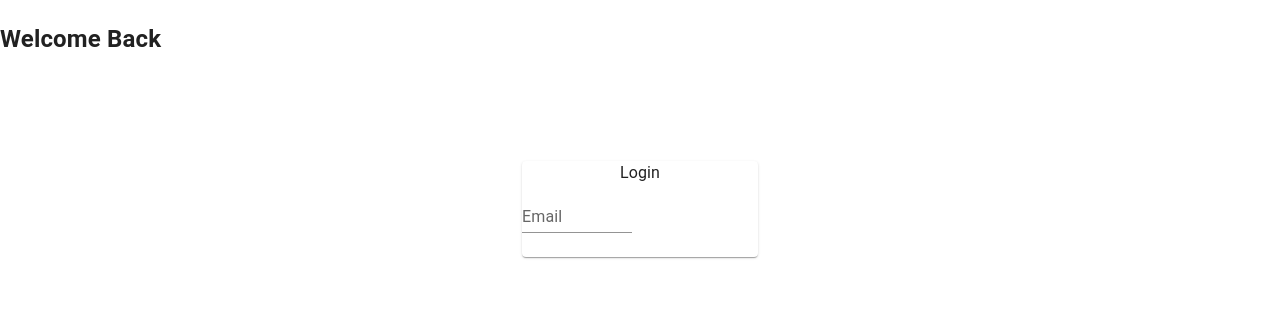
Repository: NGHIAVN1/Note
Page: /
The author's editor kept a copy of each file at every save. The page is drawn from the files as they stood at one save, then again after a run of saves.
The browser window is 1280 px wide. The pictures show the whole page.
The project was rebuilt for these pictures with package versions that can differ from the ones it lists, and the page was loaded fresh each time. Also part of the build but not shown: vite.config.js, src/Register.jsx, src/Pet.jsx, src/useBreedList.jsx, src/SearchParams.jsx.

Above is the page before, as saved 2024-03-05 18:31:48.

### src/index.html
<!DOCTYPE html>
<html lang="en">

<head>
  <meta charset="UTF-8">
  <meta name="viewport" content="width=device-width, initial-scale=1.0">
  <meta http-equiv="X-UA-Compatible" content="ie=edge">
  <title>Adopt Me</title>
</head>

<body>
  <div id="root">not rendered</div>
  <script type="module" src="./App.jsx">
    // Your code is going to go here

  </script>
</body>

</html>

### src/App.jsx
import React from "react";
import "./Register";
import "./LoginPages";
import "./SearchParams";
import { createRoot } from "react-dom/client";
import SearchParams from "./SearchParams";
import RegisterUser from "./Register";
import LoginPage from "./LoginPages";

const App = () => {
  return (
    <div>
      <h1></h1>
      <h2>Welcome Back</h2>
      <LoginPage />
    </div>
  );
};

const container = document.getElementById("root");
const root = createRoot(container);
root.render(React.createElement(App));

### src/LoginPages.jsx
import {
  CardContent,
  CardHeader,
  CssBaseline,
  TextField,
  Typography,
} from "@mui/material";
import Container from "@mui/material/Container";
import Card from "@mui/material/Card";
import { dark } from "@mui/material/styles/createPalette";
import Box from "@mui/material/Box";

import Grid from "@mui/material/Grid";
// const defaultTheme = createTheme();
const LoginPage = () => {
  return (
    <div>
      <Container component="main" maxWidth="xs">
        <CssBaseline />
        <Box
          sx={{
            marginTop: 8,
            display: "flex",
            flexDirection: "column",
            alignItems: "center",
          }}
        >
          <Card
            sx={{
              marginTop: 5,
              display: "flex",
              flexDirection: "column",
              alignItems: "center",
            }}
          >
            <Typography sx={{ frontSize: 14 }} color={dark}>
              Login
            </Typography>

            <CardContent>
              <Grid container spacing={2}>
                <Grid xs={12} sm={6}>
                  <TextField variant="standard" label="Email" fullWidth />
                </Grid>
              </Grid>
            </CardContent>
          </Card>
        </Box>
      </Container>
    </div>
  );
};
export default LoginPage;

After the next 2 saves:
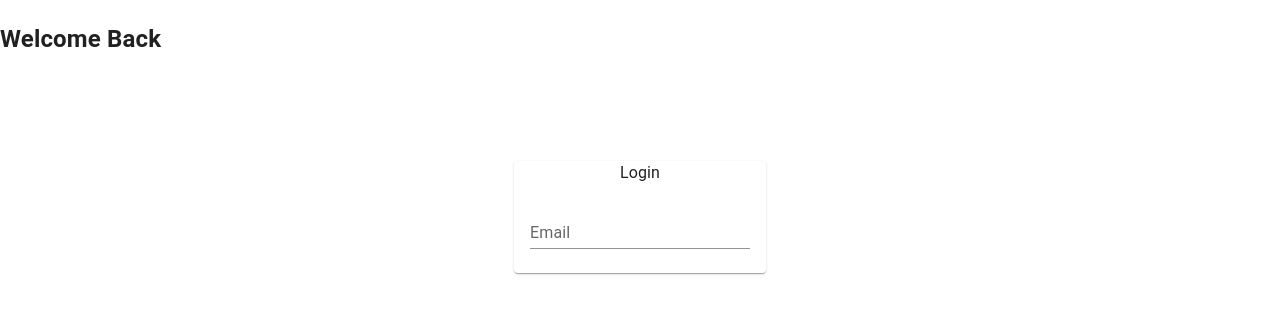
The 2 saves are shown as one change because 1 did not build or start.
The last was saved 29 s later.
--- a/src/LoginPages.jsx
+++ b/src/LoginPages.jsx
@@ -38,11 +38,7 @@ const LoginPage = () => {
             </Typography>
 
             <CardContent>
-              <Grid container spacing={2}>
-                <Grid xs={12} sm={6}>
-                  <TextField variant="standard" label="Email" fullWidth />
-                </Grid>
-              </Grid>
+              <TextField variant="standard" label="Email" fullWidth />
             </CardContent>
           </Card>
         </Box>
